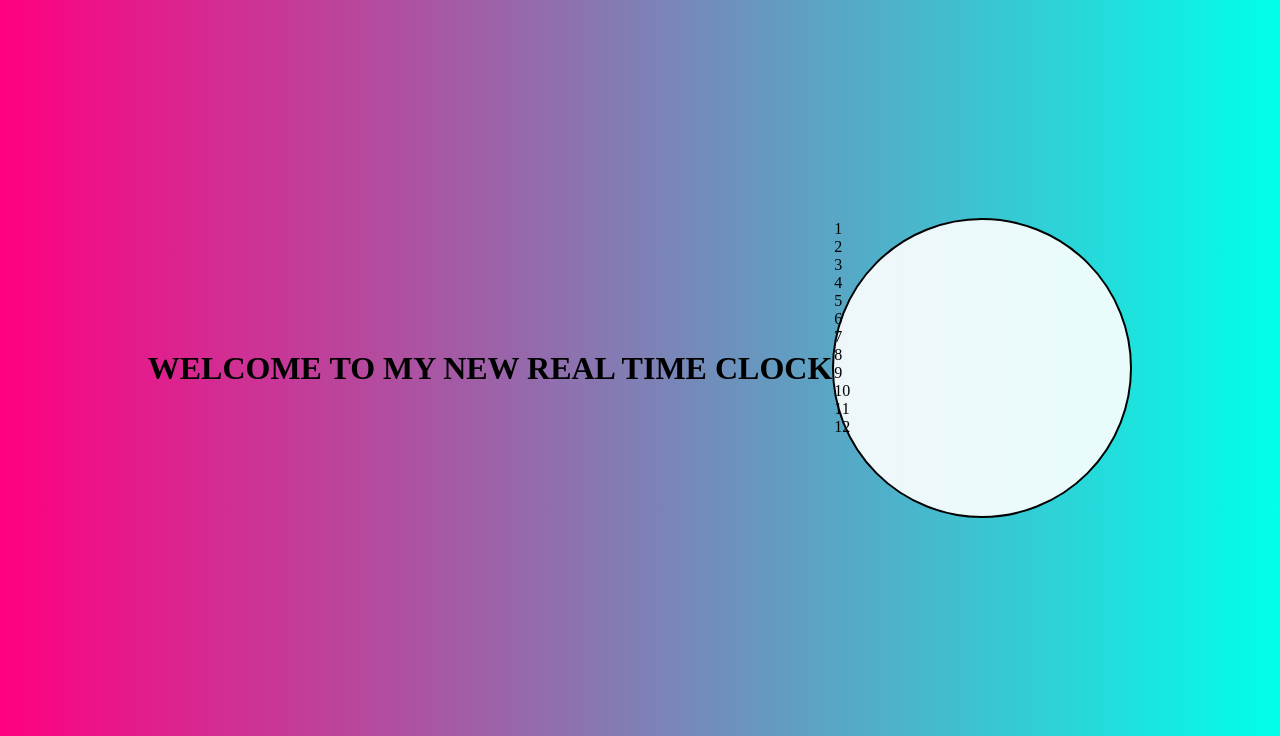
Repository: mirambialex/watch
Page: clock.html
The author's editor kept a copy of each file at every save. The page is drawn from the files as they stood at one save, then again after a run of saves.
The browser window is 1280 px wide. The pictures show the whole page.

Above is the page before, as saved 2024-04-29 11:46:45.
Console error: SyntaxError: Unexpected token 'const'

### clock.html
<!DOCTYPE html>
<html lang="en">
<head>
    <meta charset="UTF-8">
    <meta name="viewport" content="width=device-width, initial-scale=1.0">
    <link rel="stylesheet" href="clock.css">
    <title></title>
</head>
<h1>WELCOME TO MY NEW REAL TIME CLOCK</h1>
<body>
    <div class="CLOCK">
        <div class="hour hand" data-hour-hand></div>
        <div class="minute hand" data-minute-hand></div>
        <div class="second hand" data-second-hand></div>
        <div class="NUMBER NUMBER1">1</div>
        <div class="NUMBER NUMBER2">2</div>
        <div class="NUMBER NUMBER3">3</div>
        <div class="NUMBER NUMBER4">4</div>
        <div class="NUMBER NUMBER5">5</div>
        <div class="NUMBER NUMBER6">6</div>
        <div class="NUMBER NUMBER7">7</div>
        <div class="NUMBER NUMBER8">8</div>
        <div class="NUMBER NUMBER9">9</div>
        <div class="NUMBER NUMBER10">10</div>
        <div class="NUMBER NUMBER11">11</div>
        <div class="NUMBER NUMBER12">12</div>

    </div>
    <script>
        setInterval(setCLOCK,1000)
        const hourHand= document.querySelector ("[data-hour-hand]")
        const minuteHand = document.querySelector ("[data-minute-hand]")
        const secondHand = document.querySelector ("[data-second-hand]")

        function setCLASS() {
            const currentDate=new Date()
            const secondRatio =currentDate.getSeconds() / 60
            const minutesRatio =(secondRatio+currentDate.getMinutes())/
            const hoursRatio=(minutesRatio+currentDate.gethours())/
            setRotatio(secondHand,secondsRatio)
            setRotatio(minuteHand,minuteratio)
            setRotatio(hourHand,hoursRatio)
        } setrotatio
</script>

</body>
</html>

### clock.css
*,*::after,*::before{
    box-sizing: border-box;
    font-family: 'Times New Roman', Times, serif;

}
body{
    background: linear-gradient(to right,rgb(255,0,128),hsl(175,100%,50%));
    display: flex;
    justify-content: center;
    align-items: center;
    min-height: 100vh;
    overflow: hidden;

}
.CLOCK{
    width: 300px;
    height: 300px;
    background-color: rgb(255,255,255,.9);
    border-radius: 50%;
    border: 2px solid black;
    position: relative;
}
.CLOCK.NUMBER{
    --rotation:0;
    position: absolute;
    width: 100%;
    height: 100%;
    text-align: center;
    transform: rotate(var(--rotation));
    font-size: 1.5rem;

    .CLOCK.NUMBER1{--rotation:30deg}
    .CLOCK.NUMBER2{--rotation:60deg}
    .CLOCK.NUMBER3{--rotation:90deg}
    .CLOCK.NUMBER4{--rotation:120deg}
    .CLOCK.NUMBER5{--rotation:150deg}
    .CLOCK.NUMBER6{--rotation:180deg}
    .CLOCK.NUMBER7{--rotation:210deg}
    .CLOCK.NUMBER8{--rotation:240deg}
    .CLOCK.NUMBER9{--rotation:270deg}
    .CLOCK.NUMBER10{--rotation:300deg}
    .CLOCK.NUMBER11{--rotation:330deg}

}
.CLOCK.hand{
    --rotation:0;
    position:absolute;
    bottom: 50%;
    left: 50%;
    background-color: black;
    border: 1px solid rgb(136,99,224);
    border-top-left-radius: 10px;
    border-top-right-radius: 10px;
    transform-origin: bottom;
    z-index:10;
    transform: translateX(-50%)rotation(calc(var--rotation)*1deg));

}
.CLOCK::after{
    content: " ";
    position: absolute;
    background-color: black;
    z-index: 11;
    width: 15;
    height: 15;
    top:5%;
    left: 50%;
    transform: translateX(-50%,-50%);
    border-radius: 50%;

}
.CLOCK.hand.second{
    width: 3px;
    height: 45%;
    background-color: rgb(221,65,198);
}
.CLOCK.hand.minute{
    width: 7px;
    height: 40%;
    border-color: rgb(69,19,187);

}
.CLOCK.hand.hour{
    width: 10px;
    height: 35%;
    background-color: rgb(166,209,9);
}
.header{
    font-family: 'Courier New', Courier, monospace;
    text-align: center;
    text-transform: capitalize;
    width: 100px;
    background-color: blueviolet;
    position: top;
}
.hour hand,
.minute hand.
.second hand{
position: absolute;
top: 50%;
left: 50%;
height: 5px;
width: 40%;
background-color: gray;
}

After the next 2 saves:
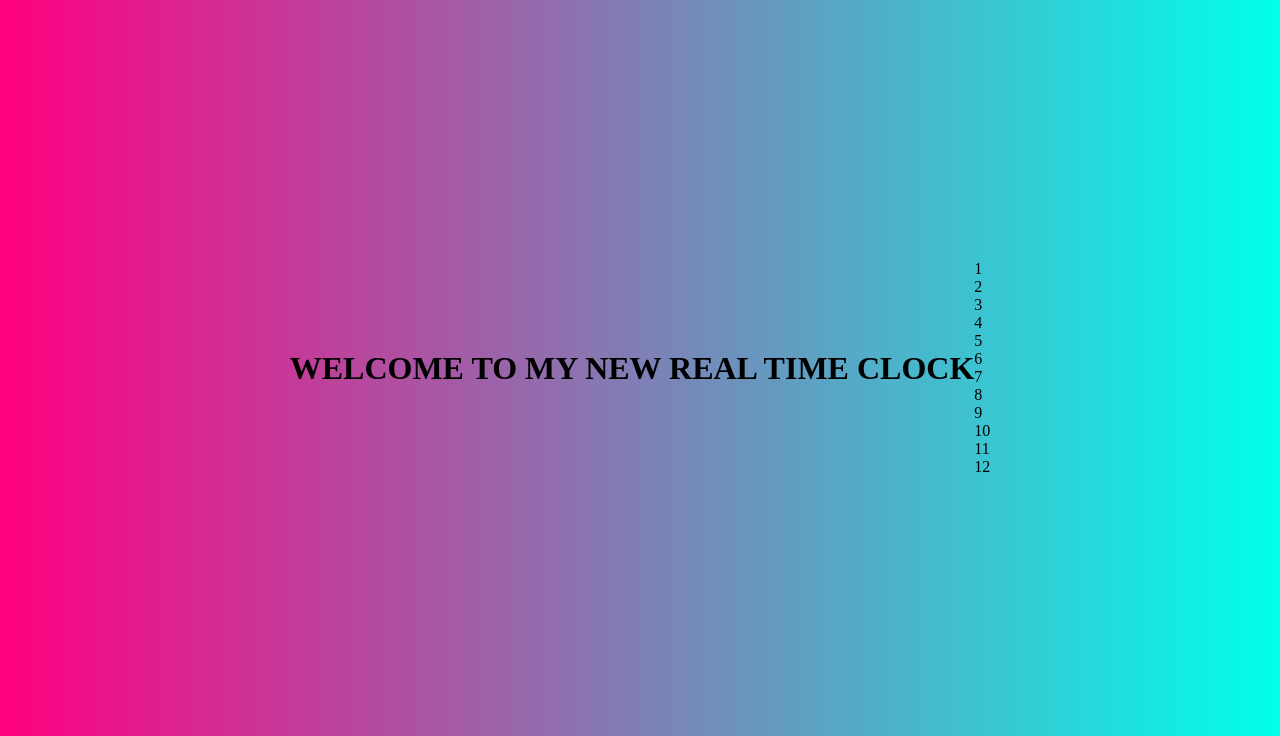
The 2 saves are shown as one change because they came seconds apart.
The last was saved 22 h 34 min later.
--- a/clock.html
+++ b/clock.html
@@ -8,7 +8,7 @@
 </head>
 <h1>WELCOME TO MY NEW REAL TIME CLOCK</h1>
 <body>
-    <div class="CLOCK">
+    <div class="C">
         <div class="hour hand" data-hour-hand></div>
         <div class="minute hand" data-minute-hand></div>
         <div class="second hand" data-second-hand></div>
